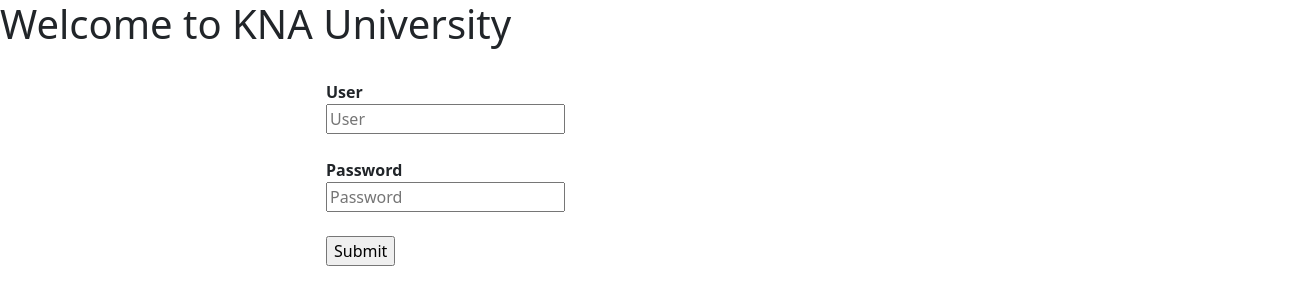
Repository: kavine24/CS490-Python-LMS
Page: html/index.html
The author's editor kept a copy of each file at every save. The page is drawn from the files as they stood at one save, then again after the next save.
The browser window is 1280 px wide. The page is 1292 px wide, so the pictures cover 1292 px, including what lies to the right of the window. The pictures show the whole page.

Above is the page before, as saved 2022-04-03 18:06:43.

### html/index.html
<!DOCTYPE html>
<html>
  <head>
    <title>CS 490 Testing Center</title>
    <!--<link rel="stylesheet" href="style.css">-->

    <link href="https://cdn.jsdelivr.net/npm/bootstrap@5.1.3/dist/css/bootstrap.min.css" rel="stylesheet" integrity="sha384-1BmE4kWBq78iYhFldvKuhfTAU6auU8tT94WrHftjDbrCEXSU1oBoqyl2QvZ6jIW3" crossorigin="anonymous">
  </head>
  <body>
    <h1 id="indexLog">Welcome to KNA University</h1><br>
    <div class="row align-items-center justify-content-center">
      <div class="col-6 align-self-center" id="divForm">
        <form class="justify-content-center" id="myForm" onsubmit="submitLogin()">

          <main>
            <strong>User</strong><br>
            <input type="text" id="user" name="user" placeholder="User" required><br>
          </main>
          <br>
          <main>
            <strong>Password</strong><br>
            <input type="password" id="pass" name="pass" placeholder="Password" required><br>
          </main>
          <br>
          <input id="submit" type="submit" placeholder="Submit" class="submit"></input>
        </form>
      </div>
    </div>

    <script>

      const form = document.getElementById("myForm");
      function handleForm(event) { event.preventDefault(); }
      form.addEventListener('submit', handleForm);

      let attemptMade = false;

      function submitLogin(){

        var user = document.getElementById('user').value;
        var pass = document.getElementById('pass').value;
        var requestType = 'LoginRequestFTM';

        const data = {user, pass, requestType};

        const options = {
          method:'POST',
          headers: {
              "Content-type": "application/json; charset=UTF-8"
          },
          body: JSON.stringify(data)
        };

        fetch('http://cs490testcenter.ddns.net:50000/portal/frontBrowser.php', options)
        .then(response =>  response.json())
        .then(data => {
          if (data.loginType === "0") {
            location.assign('http://cs490testcenter.ddns.net:50000/portal/s/Home.php');
          } else if (data.loginType === "1") {
            location.assign('http://cs490testcenter.ddns.net:50000/portal/t/Home.php');
          } else {
            if (!attemptMade) {
              const newContent = document.createTextNode("BAD LOGIN CREDENTIALS");

              const curr = document.getElementById("submit");
              document.getElementById("myForm").insertBefore(newContent, curr);
              document.getElementById("myForm").insertBefore(document.createElement("br"), curr);
              attemptMade = true;
            }
          }
        })
        .catch((error) => {
          console.error('Error:', error);
        });

      };

    </script>
  </body>
</html>

After the next save:
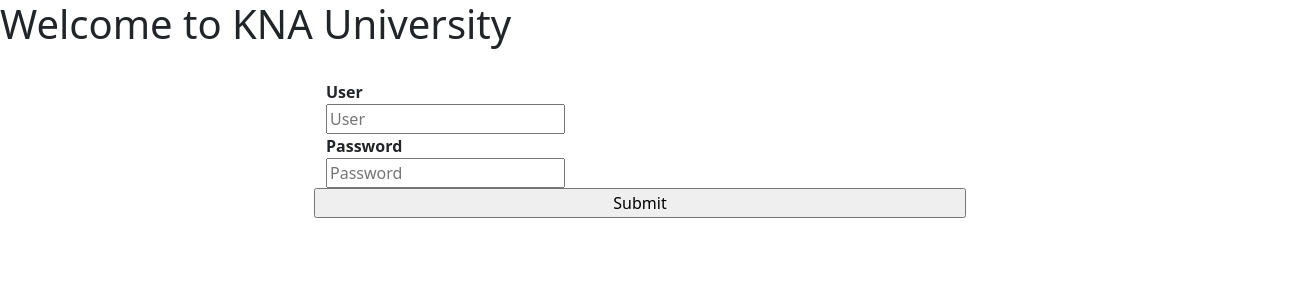
Saved 23 s later.
--- a/html/index.html
+++ b/html/index.html
@@ -10,7 +10,7 @@
     <h1 id="indexLog">Welcome to KNA University</h1><br>
     <div class="row align-items-center justify-content-center">
       <div class="col-6 align-self-center" id="divForm">
-        <form class="justify-content-center" id="myForm" onsubmit="submitLogin()">
+        <form class="row align-items-center justify-content-center" id="myForm" onsubmit="submitLogin()">
 
           <main>
             <strong>User</strong><br>

After the save that followed:
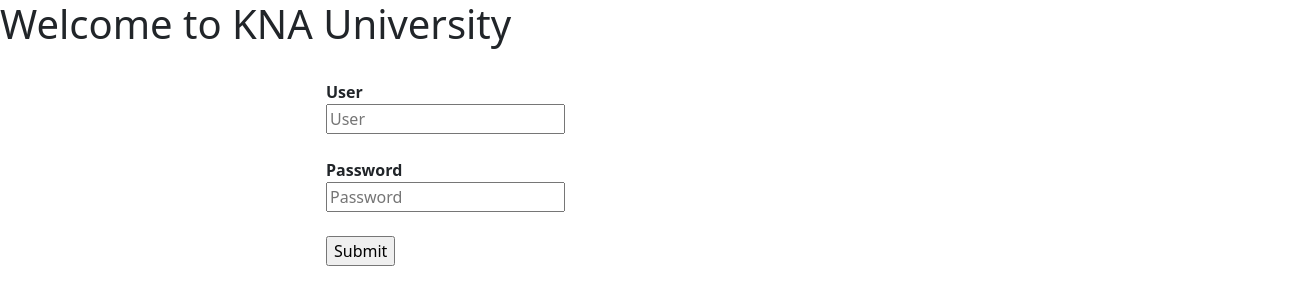
Saved 6 s later.
--- a/html/index.html
+++ b/html/index.html
@@ -10,7 +10,7 @@
     <h1 id="indexLog">Welcome to KNA University</h1><br>
     <div class="row align-items-center justify-content-center">
       <div class="col-6 align-self-center" id="divForm">
-        <form class="row align-items-center justify-content-center" id="myForm" onsubmit="submitLogin()">
+        <form class="justify-content-center" id="myForm" onsubmit="submitLogin()">
 
           <main>
             <strong>User</strong><br>
